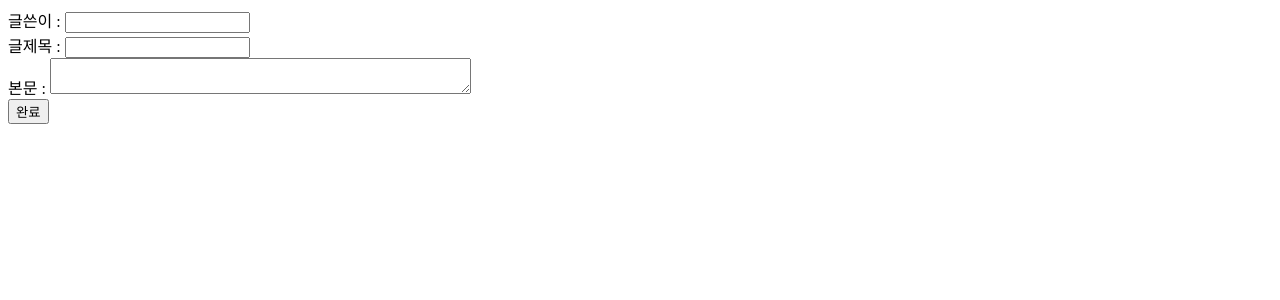
Repository: HeeMang28/jsp2
Page: http://localhost/MyFirstWeb/board/boardInsertForm.jsp
These files come from the project's save history. The page is drawn as it stood at one moment and after the next save; the edit follows.
The browser window is 1280 px wide. The pictures show the whole page.
The page is served by Tomcat 9.

Above is the page before, as saved 2022-04-19 10:22:24.

After the next save:
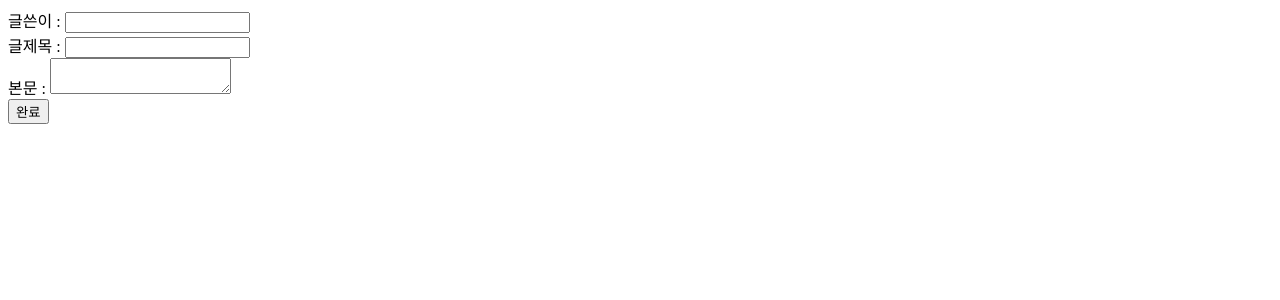
Saved 6 s later.
--- a/MyFirstWeb/src/main/webapp/board/boardInsertForm.jsp
+++ b/MyFirstWeb/src/main/webapp/board/boardInsertForm.jsp
@@ -10,7 +10,7 @@
 	<form action="http://localhost:8080/MyFirstWeb/boardInsert" method="post">
 	글쓴이 : <input type="text" name="writer"/> <br/>
 	글제목 : <input type="text" name="title"/> <br/>
-	본문 : <textarea cols="50" row="10"name="content"/></textarea> <br/>
+	본문 : <textarea name="content"/></textarea> <br/>
 	<input type="submit" value="완료"/> <br/>
 	</form>
 </body>
